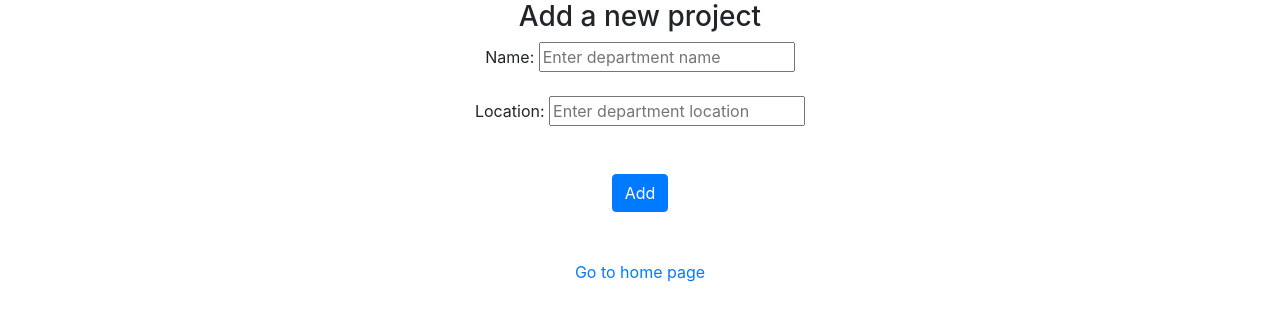
Repository: ArmanAli-cmd/EmployeeProjectDepartmentApplication
Page: http://localhost/EmployeeProjectDepartmentMVCApplication/views/department-signup.jsp
An editor plug-in stored every save of this project. The page is shown before and after the next save, followed by the edit.
The browser window is 1280 px wide. The pictures show the whole page.
The page is served by Tomcat 9.

Above is the page before, as saved 2024-01-18 05:48:08.

After the next save:
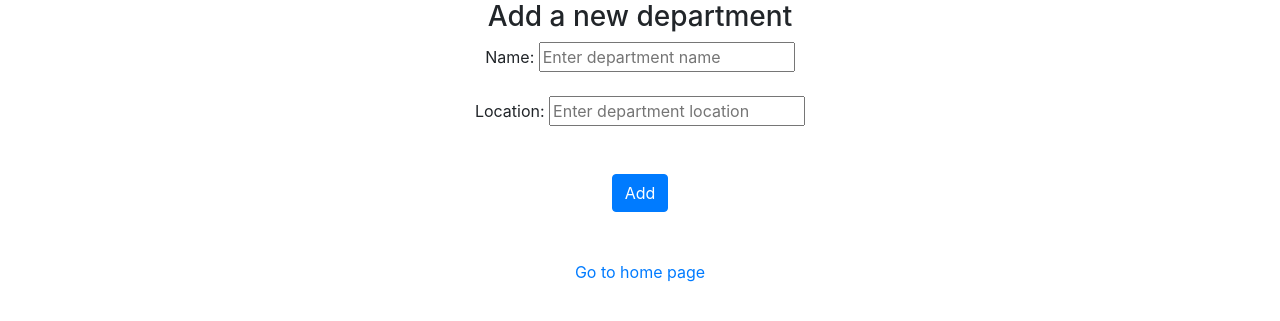
Saved 12 s later.
--- a/EmployeeProjectDepartmentMVCApplication/src/main/webapp/views/department-signup.jsp
+++ b/EmployeeProjectDepartmentMVCApplication/src/main/webapp/views/department-signup.jsp
@@ -13,7 +13,7 @@
 </head>
 <body style="text-align: center;">
 <div class="container">
-	<h3>Add a new project</h3>
+	<h3>Add a new department</h3>
 	<form action="/departments/add" method="post">
 		Name: <input type="text" name="name" placeholder="Enter department name"
 			required><br>
